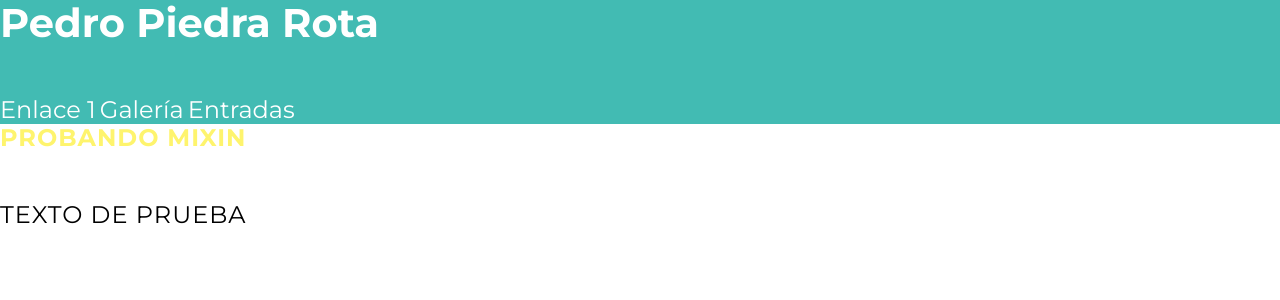
Repository: araque1990/PedroPiedraRota
Page: index.html
The author's editor kept a copy of each file at every save. The page is drawn from the files as they stood at one save, then again after the next save.
The browser window is 1280 px wide. The pictures show the whole page.
The style sheet was rebuilt from its Sass, Less or Tailwind sources for each picture, by a compiler version that may differ from the author's.

Above is the page before, as saved 2023-03-13 17:34:36.

After the next save:
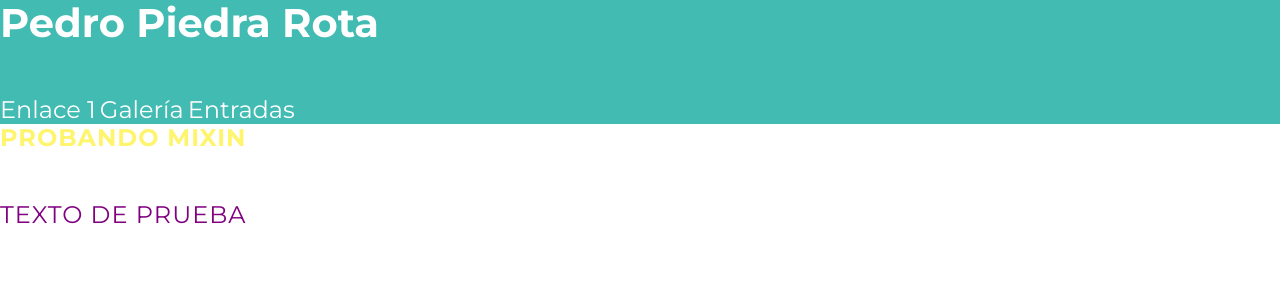
Saved 19 s later.
--- a/src/scss/base/_mixins.scss
+++ b/src/scss/base/_mixins.scss
@@ -1,6 +1,6 @@
 @use 'variables' as v;
 
-@mixin heading($color: black) {
+@mixin heading($color: purple) {
   text-transform: uppercase;
   font-size: 2.4rem;
   color: $color;
